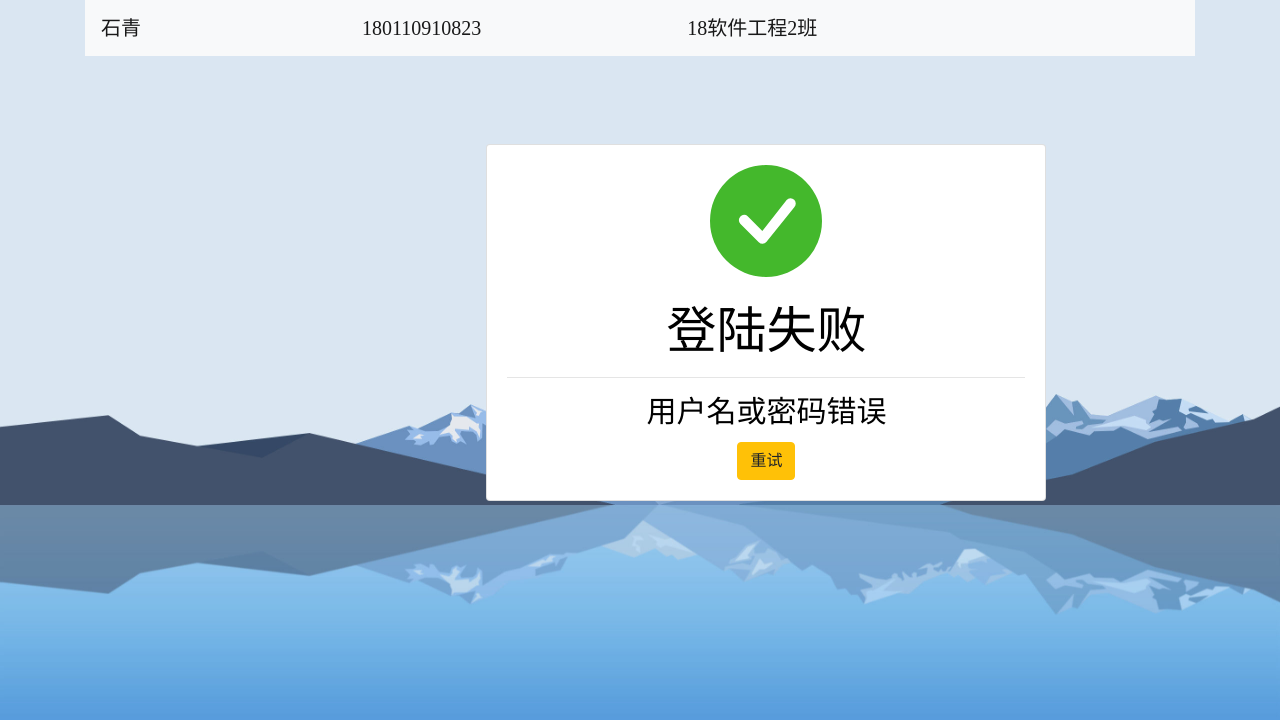
Repository: sqsssq/JavaWeb
Page: class1/IDEA/web/failure.html
These files come from the project's save history. The page is drawn as it stood at one moment and after the next save; the edit follows.
The browser window is 1280 px wide. The pictures show the whole page.

Above is the page before, as saved 2020-09-25 01:02:27.

After the next save:
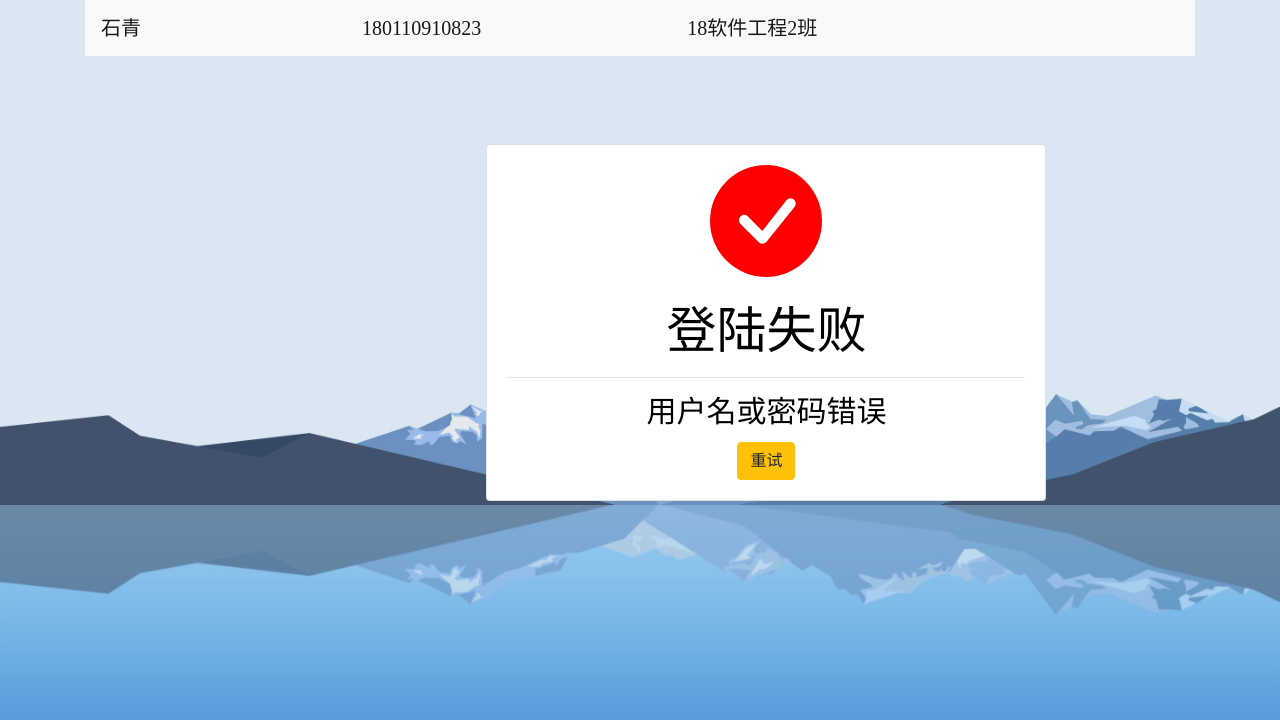
Saved 18 s later.
--- a/class1/IDEA/web/failure.html
+++ b/class1/IDEA/web/failure.html
@@ -1,7 +1,7 @@
 <!--
  * @Author: your name
  * @Date: 2020-09-23 10:46:47
- * @LastEditTime: 2020-09-25 01:02:27
+ * @LastEditTime: 2020-09-25 01:02:45
  * @LastEditors: Please set LastEditors
  * @Description: In User Settings Edit
  * @FilePath: \IDEA\web\successful.html
@@ -58,7 +58,7 @@
                 <div class="card-body" style="text-align: center;">
 
                     <!-- <img src="..." class="card-img-top" alt="..."> -->
-                    <svg width="7em" height="7em" viewBox="0 0 16 16" class="bi bi-check-circle-fill" fill="#44B82C"
+                    <svg width="7em" height="7em" viewBox="0 0 16 16" class="bi bi-exclamation-circle-fill"" fill="red"
                         xmlns="http://www.w3.org/2000/svg">
                         <path fill-rule="evenodd"
                             d="M16 8A8 8 0 1 1 0 8a8 8 0 0 1 16 0zm-3.97-3.03a.75.75 0 0 0-1.08.022L7.477 9.417 5.384 7.323a.75.75 0 0 0-1.06 1.06L6.97 11.03a.75.75 0 0 0 1.079-.02l3.992-4.99a.75.75 0 0 0-.01-1.05z" />
